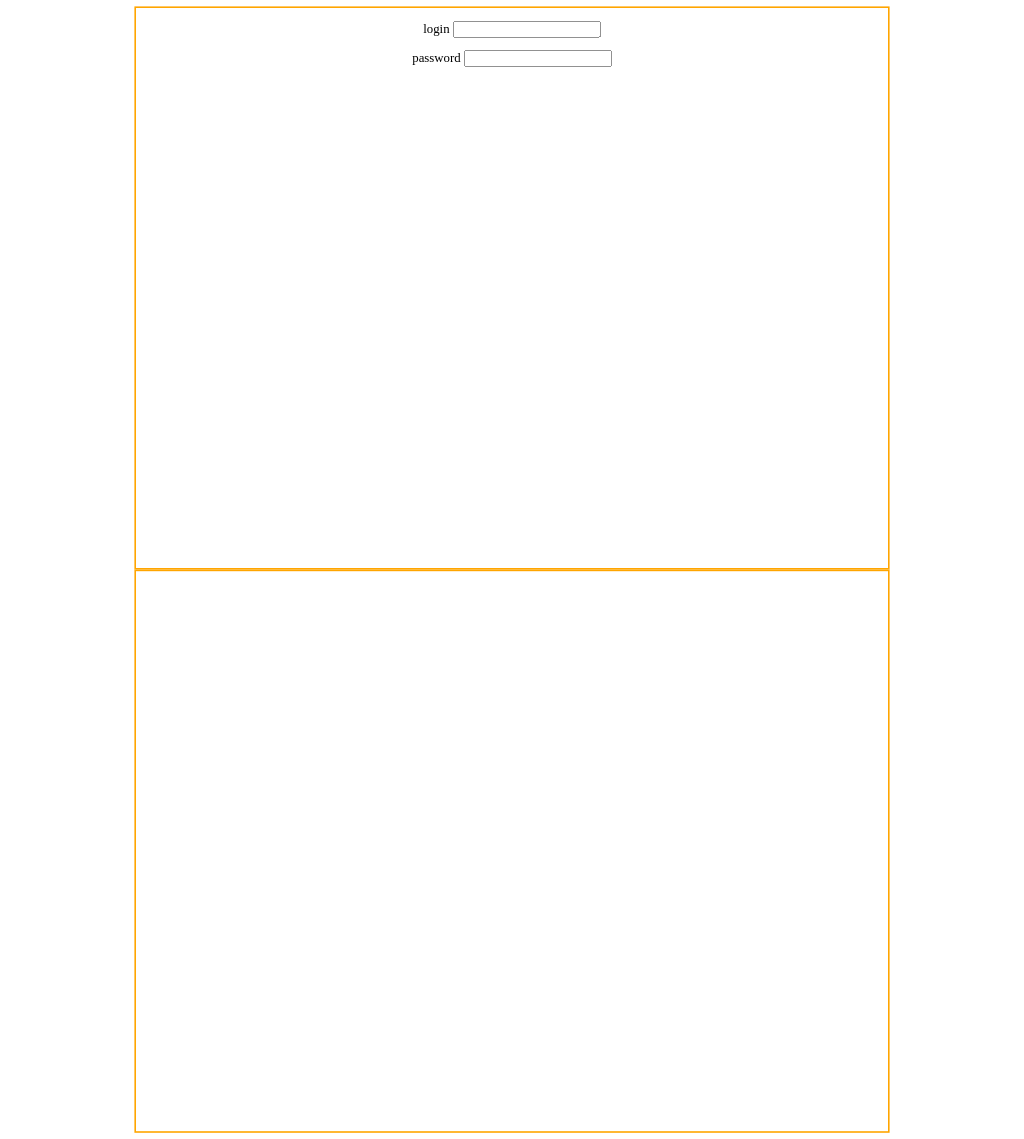
Repository: AndreyMykulych/javascript
Page: 11/index.html
These files come from the project's save history. The page is drawn as it stood at one moment and after the next save; the edit follows.
The browser window is 1280 px wide. The pictures show the whole page, at 80% of full size.

Above is the page before, as saved 2023-04-27 22:16:30.

### 11/index.html
<!DOCTYPE html>
<html lang="en">
<head>
    <meta charset="UTF-8">
    <meta http-equiv="X-UA-Compatible" content="IE=edge">
    <meta name="viewport" content="width=device-width, initial-scale=1.0">
    <title>Document</title>
</head>
<script src="one.js"></script>
<style>
    form {
        width: 58.75rem;
        height: 43.75rem;
        margin: 0 auto;
        border: 2px solid orange;
    }
    .passPar,.loginPar{
        text-align: center;
    }
</style>
<body>
    <form class="auth" disabled="">
    <p class="loginPar">
        <label for="login">login</label>
        <input type="text" name="login">
    </p>
    <p class="passPar">
        <label for="password">password</label>
        <input type="password">
    </p>
    </form>
    <form class="pizzaForm">

    </form>
</body>
</html>

Loaded but not shown: 11/one.js (common file)

After the next save:
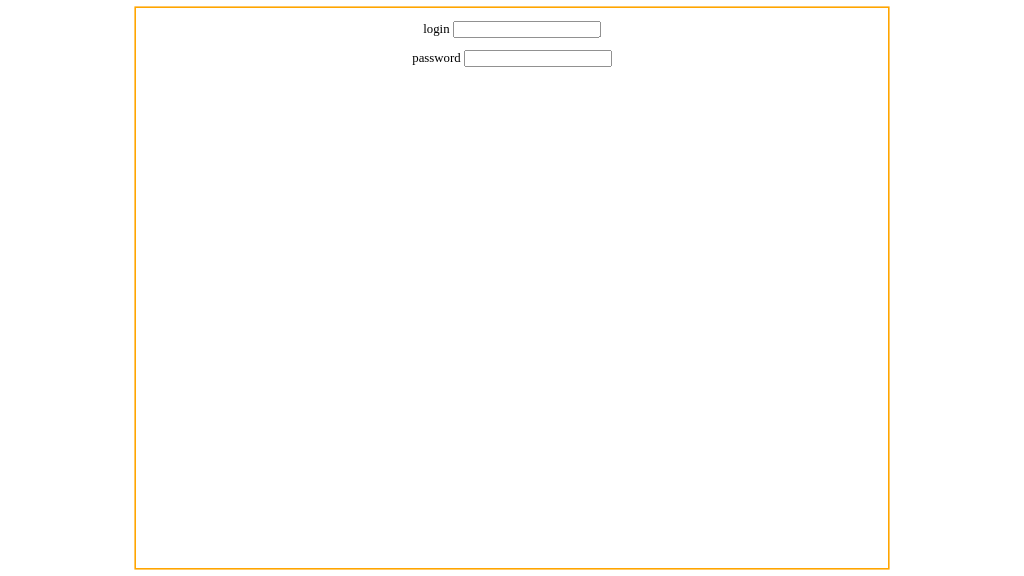
Saved 2 min 24 s later.
--- a/11/index.html
+++ b/11/index.html
@@ -8,7 +8,7 @@
 </head>
 <script src="one.js"></script>
 <style>
-    form {
+     .auth{
         width: 58.75rem;
         height: 43.75rem;
         margin: 0 auto;
